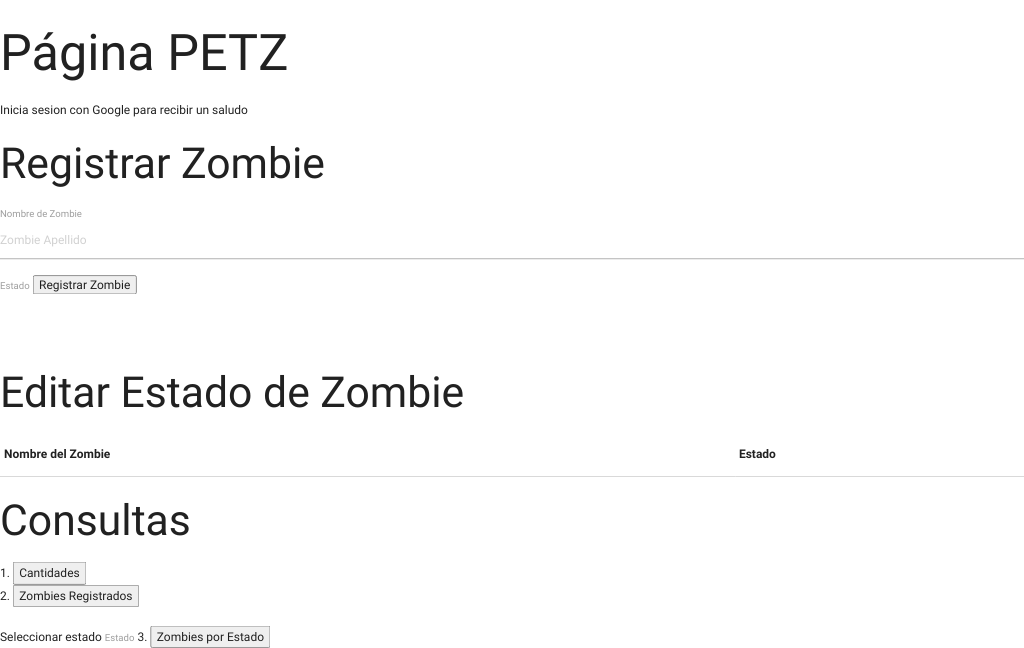
Repository: FranciscoPalaciosA/A01364223_LabsDAW
Page: http://localhost/
The author's editor kept a record of every edit. The page is drawn from the files as they stood at one moment, then again after the next edit.
The browser window is 1280 px wide. The pictures show the whole page, at 80% of full size.
Some web libraries are served in a nearby version. The page is run by PHP 8.4 with error messages shown; the project is at /var/www/html/. Queries for data that is not in the repository find no rows.

Above is the page before.
Console error: ReferenceError: gapi is not defined

### Lab23/index.php
<?php
    include("partials/_header.html");
    include("partials/_pagina.html");
    include("partials/_footer.html");
?>

### Lab23/partials/_header.html
<!DOCTYPE html>
    <html>
        <head>
            <!--Import Google Icon Font-->
            <link href="https://fonts.googleapis.com/icon?family=Material+Icons" rel="stylesheet">
            <!--Import materialize.css-->
            <link rel="stylesheet" href="https://cdnjs.cloudflare.com/ajax/libs/materialize/0.100.2/css/materialize.min.css">
            <!--Let browser know website is optimized for mobile-->
            <meta name="viewport" content="width=device-width, initial-scale=1.0"/>
            <meta charset=UTF-8>

            <meta name="google-signin-client_id" content="1038277566932-tf38e4osb34u2vd5ipk241acsd9iehhq.apps.googleusercontent.com">



            <title>PETZ</title>
        </head>

### Lab23/partials/_pagina.html
<body>
    <div>
        <h1>Página PETZ</h1>
    </div>

    <div> Inicia sesion con Google para recibir un saludo </div>
    <div id = "saludo"></div>



    <h2>Registrar Zombie</h2>

    <form action="registrar.php" method="POST">
        <label for="nombre">Nombre de Zombie</label>
        <input type="text" id="nombre" name="nombre" placeholder="Zombie Apellido" required>

        <label for="estado">Estado</label>
        <select name="estado">
          <option value="" disabled selected>Estado</option>
          <option value="Infección">Infección</option>
          <option value="Coma">Coma</option>
          <option value="Transformación">Transformación</option>
          <option value="Completamente Muerto">Completamente Muerto</option>
        </select>

        <input type="submit" value="Registrar Zombie">
    </form>

    <br><br><br>

    <h2>Editar Estado de Zombie</h2>
    <?php require_once("modelo.php"); echo getZombies(); ?>

    <h2>Consultas</h2>

    1. <button onclick="cantidades();">Cantidades</button>
    <br> 2. <button onclick="zombiesRegistrados();">Zombies Registrados</button>

    <br><br>
        Seleccionar estado

        <label for="estadoConsulta">Estado</label>
        <select name="estadoConsulta" id="estadoConsulta">
          <option value="" disabled selected>Estado</option>
          <option value="Infección">Infección</option>
          <option value="Coma">Coma</option>
          <option value="Transformación">Transformación</option>
          <option value="Completamente Muerto">Completamente Muerto</option>
        </select>

        3. <button onclick="zombiesPorEstado();">Zombies por Estado</button>

    <div id="consultas"></div>

### Lab23/modelo.php
<?php

    //CONEXION
    function connectDb()
    {
        $servername = "localhost";
        $username = "root";
        $password = "";
        $dbname = "zombies";

        $sql = mysqli_connect($servername, $username, $password, $dbname);
        $sql->set_charset("utf8");

        if (!$sql){
            die("Conexion fallida: " . mysqli_connect_error());
        }

        return $sql;
    }

    function disconnectDb($sql)
    {
        mysqli_close($sql);
    }

      //GETTERS
    function getZombies()
    {
        $mysql = connectDb();

        if($mysql != NULL)
        {
            $sql = "SELECT * FROM Zombies";

            $result = mysqli_query($mysql, $sql);

            $string_res = "";
            $string_res = "<table>
                            <thead>
                            <tr>
                                <th> Nombre del Zombie </th>
                                <th> Estado </th>
                            </tr>
                            </thead>
                            <tbody>";

            while($fila = mysqli_fetch_array($result, MYSQLI_BOTH))
            {
                $string_res .= '<tr>
                             <td> '.$fila["nombre"].' </td>
                             <td> '.$fila["estado"].' </td>
                             <td> <a href="editar.php?id='.$fila["id_Zombie"].'">Editar</a> </td>
                             </tr>';
            }

            $string_res .= '</tbody>
                            </table>';

            disconnectDb($mysql);

            return $string_res;
        }

        return $string_res;
    }

    function getZombieModificar($id, $info)
    {
        $mysql = connectDb();

        if($mysql != NULL)
        {
            $sql = "SELECT * FROM Zombies WHERE id_Zombie='".$id."'";

            $result = mysqli_query($mysql, $sql);

            while($fila = mysqli_fetch_array($result, MYSQLI_BOTH))
            {
                $nombre = $fila["nombre"];
                $estado = $fila["estado"];
            }

            if($info == "nombre")
            {
                return $nombre;
            }
            else if ($info == "estado")
            {
                return $estado;
            }
            else
            {
                return "";
            }

        }
    }

    //Primarias
    function registrarZombie($nombre, $estado)
    {
        $mysql = connectDb();

        $fechaEstado = date('Y-m-d H:i:s');

        if ($mysql != NULL)
        {
            $query='INSERT INTO Zombies (nombre, estado, fechaUltimoEstado) VALUES (?,?,?)';

            if (!($statement = $mysql->prepare($query))) {
                 die("Preparation failed: (" . $mysql->errno . ") " . $mysql->error);
             }
             // Binding statement params
             if (!$statement->bind_param("sss", $nombre, $estado, $fechaEstado)) {
                 die("Parameter vinculation failed: (" . $statement->errno . ") " . $statement->error);
             }
             // Executing the statement
             if (!$statement->execute()) {
                 die("Execution failed: (" . $statement->errno . ") " . $statement->error);
             }

             disconnectDb($mysql);

             return true;
        }

    return false;

    }

    function updateZombie($estado)
    {

        $mysql = connectDb();

         if ($mysql != NULL)
         {
            $fechaEstado = date('Y-m-d H:i:s');

            $query = 'UPDATE Zombies SET estado="'.$estado.'", fechaUltimoEstado="'.$fechaEstado.'" WHERE id_Zombie="'.$id_Zombie.'"';
                 // Preparing the statement

             if (!($statement = $mysql->prepare($query))) {
                 die("Preparation failed: (" . $mysql->errno . ") " . $mysql->error);
             }

             if (!$statement->execute()) {
                 die("Execution failed: (" . $statement->errno . ") " . $statement->error);
             }

             disconnectDb($mysql);

             return true;
         }
        return false;
    }

    function cambiarEstado($id, $estado)
    {
        $mysql = connectDb();

        $fechaEstado = date('Y-m-d H:i:s');

        if ($mysql != NULL)
        {
            $query = 'UPDATE Zombies SET estado="'.$estado.'", fechaUltimoEstado="'.$fechaEstado.'" WHERE id_Zombie ="'.$id.'"';

            if (!($statement = $mysql->prepare($query))) {
                 die("Preparation failed: (" . $mysql->errno . ") " . $mysql->error);
             }

             // Executing the statement
             if (!$statement->execute()) {
                 die("Execution failed: (" . $statement->errno . ") " . $statement->error);
             }

             disconnectDb($mysql);

             return true;
        }

    return false;

    }

    //CONSULTAS
    function getCantidades()
    {
        $mysql = connectDb();

        if($mysql != NULL)
        {
            //PRIMERA
            $sql = "SELECT count(id_Zombie) as 'Total de Zombies' FROM Zombies";

            $result = mysqli_query($mysql, $sql);

            $string_res = "";
            $string_res = "<h3>Total de Zombies</h3>
                            <table>
                            <thead>
                            <tr>
                                <th> Total </th>
                            </tr>
                            </thead>
                            <tbody>";

            while($fila = mysqli_fetch_array($result, MYSQLI_BOTH))
            {
                $string_res .= '<tr>
                             <td> '.$fila["Total de Zombies"].' </td>
                             </tr>';
            }

            $string_res .= '</tbody>
                            </table>';

            //SEGUNDA
            $sql = "SELECT estado, count(id_Zombie) as 'NoZombies'
                        FROM Zombies
                        GROUP BY estado";

            $result = mysqli_query($mysql, $sql);

            $string_res .= "<h3>Número de Zombies por Estado</h3>
                            <table>
                            <thead>
                            <tr>
                                <th> Estados </th>
                                <th> No. de Zombies </th>
                            </tr>
                            </thead>
                            <tbody>";

            while($fila = mysqli_fetch_array($result, MYSQLI_BOTH))
            {
                $string_res .= '<tr>
                             <td> '.$fila["estado"].' </td>
                             <td> '.$fila["NoZombies"].' </td>
                             </tr>';
            }

            $string_res .= '</tbody>
                            </table>';


            //TERCERA
            $sql = "SELECT estado, count(id_Zombie) as 'NoZombiesNoMuertos'
                        FROM Zombies
                        WHERE estado != 'Completamente Muerto'";

            $result = mysqli_query($mysql, $sql);

            $string_res .= "<h3>Numero de Zombies no Completamente Muertos</h3>
                            <table>
                            <thead>
                            <tr>
                                <th> No. de Zombies no Completamente Muertos </th>
                            </tr>
                            </thead>
                            <tbody>";

            while($fila = mysqli_fetch_array($result, MYSQLI_BOTH))
            {
                $string_res .= '<tr>
                             <td> '.$fila["NoZombiesNoMuertos"].' </td>
                             </tr>';
            }

            $string_res .= '</tbody>
                            </table>';


            disconnectDb($mysql);

            return $string_res;
        }

        return $string_res;

    }

    function getZombiesRegistrados()
    {
        $mysql = connectDb();

        if($mysql != NULL)
        {
            $sql = "SELECT * FROM Zombies ORDER BY fechaCreacion DESC";

            $result = mysqli_query($mysql, $sql);

            $string_res = "";
            $string_res = "<h3>Zombies registrados por fecha de creación</h3>
                            <table>
                            <thead>
                            <tr>
                                <th> Nombre del Zombie </th>
                                <th> Estado </th>
                                <th> Fecha de registro </th>
                            </tr>
                            </thead>
                            <tbody>";

            while($fila = mysqli_fetch_array($result, MYSQLI_BOTH))
            {
                $string_res .= '<tr>
                             <td> '.$fila["nombre"].' </td>
                             <td> '.$fila["estado"].' </td>
                             <td> '.$fila["fechaCreacion"].' </td>
                             </tr>';
            }

            $string_res .= '</tbody>
                            </table>';

            disconnectDb($mysql);

            return $string_res;
        }

        return $string_res;
    }

    function getZombiesPorEstado($estadoElegido)
    {
        $mysql = connectDb();

        if($mysql != NULL)
        {
            $sql = "SELECT * FROM Zombies WHERE estado='".$estadoElegido."' ORDER BY fechaCreacion DESC";

            $result = mysqli_query($mysql, $sql);

            $string_res = "";
            $string_res = "<h3>Zombies registrados con estado ".$estadoElegido."</h3>
                            <table>
                            <thead>
                            <tr>
                                <th> Nombre del Zombie </th>
                                <th> Estado </th>
                                <th> Fecha de registro </th>
                            </tr>
                            </thead>
                            <tbody>";
            $i = 0;
            while($fila = mysqli_fetch_array($result, MYSQLI_BOTH))
            {
                $string_res .= '<tr>
                             <td> '.$fila["nombre"].' </td>
                             <td> '.$fila["estado"].' </td>
                             <td> '.$fila["fechaCreacion"].' </td>
                             </tr>';
                $i++;
            }

            $string_res .= '</tbody>
                            </table>
                            Total = '.$i;

            disconnectDb($mysql);

            return $string_res;
        }

        return $string_res;
    }


    //var_dump(getZombiesPorEstado("Transformación"));
?>

### Lab23/partials/_footer.html

      <script type="text/javascript" src="../js/consultas.js"></script>
      <script type="text/javascript" src="https://code.jquery.com/jquery-3.2.1.min.js"></script>


    </body>

</html>

### Lab23/js/consultas.js
function cantidades()
{
    $.get("ajax.php", {opcion:1}).done(function(data)
    {
        var ajaxresponse = document.getElementById("consultas");
        ajaxresponse.innerHTML = data;
    });
}

function zombiesRegistrados()
{
    $.get("ajax.php", {opcion:2}).done(function(data)
    {
        var ajaxresponse = document.getElementById("consultas");
        ajaxresponse.innerHTML = data;
    });
}

function zombiesPorEstado()
{
    $.get("ajax.php", {opcion:3,estadoConsultar:document.getElementById("estadoConsulta").value}).done(function(data)
    {
        var ajaxresponse = document.getElementById("consultas");
        ajaxresponse.innerHTML = data;
    });
}

function onSignIn(googleUser) {

  var profile = googleUser.getBasicProfile();

  console.log('ID: ' + profile.getId()); // Do not send to your backend! Use an ID token instead.
  console.log('Name: ' + profile.getName());
  console.log('Image URL: ' + profile.getImageUrl());
  console.log('Email: ' + profile.getEmail()); // This is null if the 'email' scope is not present.

  $.get("ajax.php", {opcion: 4, nombreGoogle: profile.getName()}).done(function(data)
    {
        var ajaxresponse = document.getElementById("saludo");
        ajaxresponse.innerHTML = "Hola " + data;
    });
}


gapi.load('auth2', function(){
    gapi.auth2.init();
});

After the next edit:
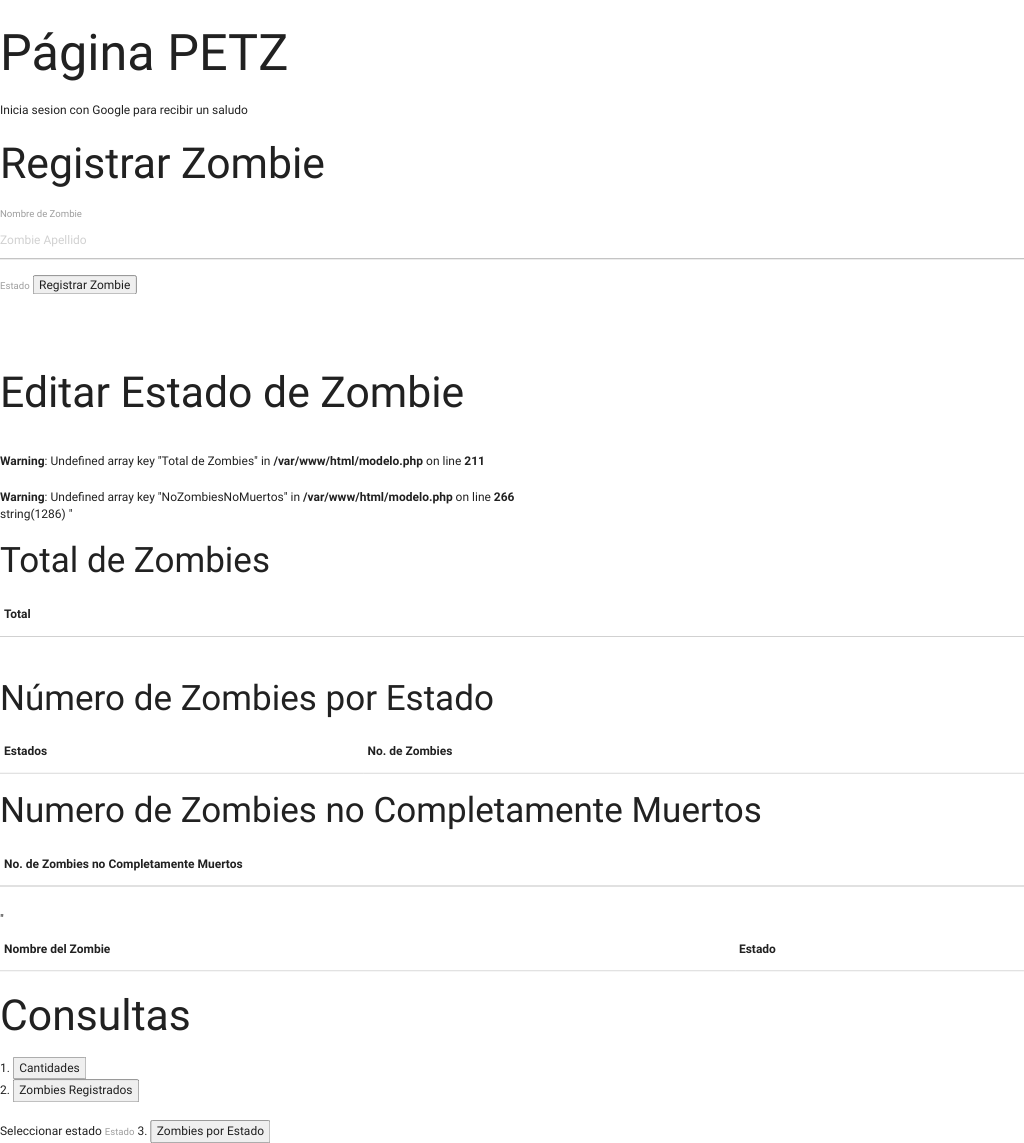
The edit:
--- a/Lab23/modelo.php
+++ b/Lab23/modelo.php
@@ -367,5 +367,5 @@
     }
 
 
-    //var_dump(getZombiesPorEstado("Transformación"));
+    var_dump(getCantidades());
 ?>
